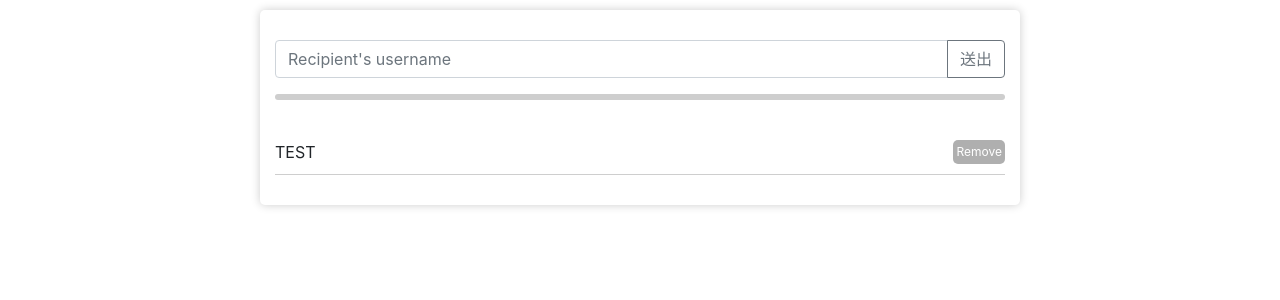
Repository: iian0910/vue3_todoList
Page: /
An editor plug-in stored every save of this project. The page is shown before and after a run of saves, followed by the edit.
The browser window is 1280 px wide. The pictures show the whole page.
The project was rebuilt for these pictures with package versions that can differ from the ones it lists, and the page was loaded fresh each time.

Above is the page before, as saved 2021-02-23 16:41:31.

After the next 2 saves:
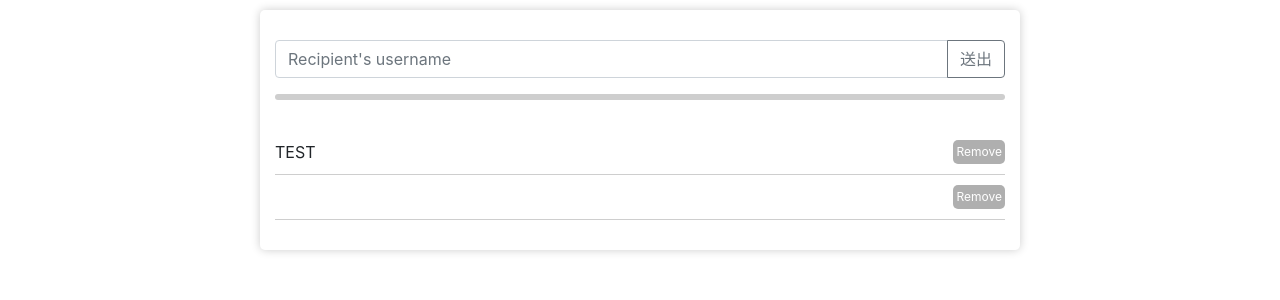
The 2 saves are shown as one change because they came seconds apart.
The last was saved 78 s later.
--- a/src/components/TodoList.vue
+++ b/src/components/TodoList.vue
@@ -83,9 +83,7 @@
       console.log('getItem:', localStorage.getItem('todoList'))
       console.log('getItemTypeof:', typeof (localStorage.getItem('todoList')))
       const data: string | null = localStorage.getItem('todoList')
-      if (data) {
-        todoList.push(JSON.parse(data))
-      }
+      data ? todoList.push(JSON.parse(data)) : todoList.push([])
     })
 
     // return

After the save that followed:
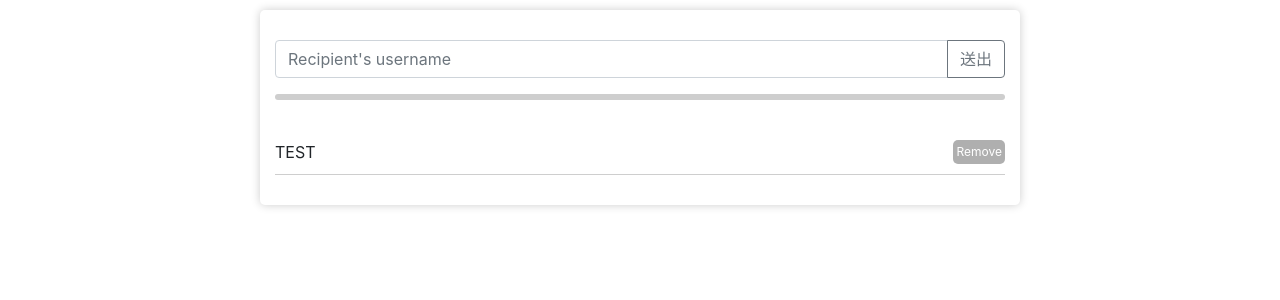
Saved 7 s later.
--- a/src/components/TodoList.vue
+++ b/src/components/TodoList.vue
@@ -83,7 +83,7 @@
       console.log('getItem:', localStorage.getItem('todoList'))
       console.log('getItemTypeof:', typeof (localStorage.getItem('todoList')))
       const data: string | null = localStorage.getItem('todoList')
-      data ? todoList.push(JSON.parse(data)) : todoList.push([])
+      data ? todoList.push(JSON.parse(data)) : todoList.push()
     })
 
     // return
